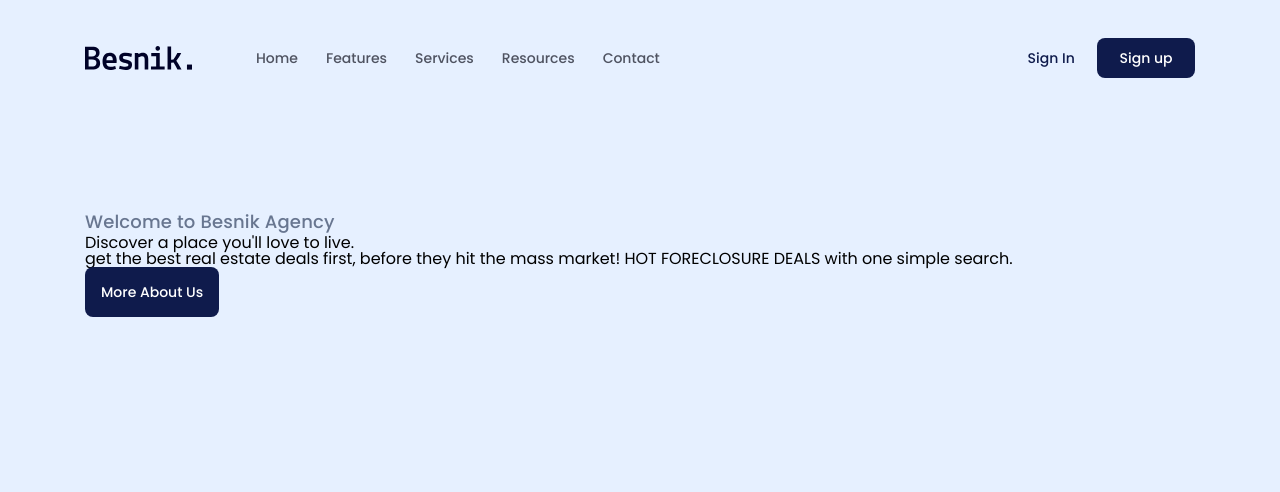
Repository: jessicapaa/F8-Project-01
Page: index.html
These files come from the project's save history. The page is drawn as it stood at one moment and after the next save; the edit follows.
The browser window is 1280 px wide. The pictures show the whole page.

Above is the page before, as saved 2024-03-08 07:22:26.

After the next save:
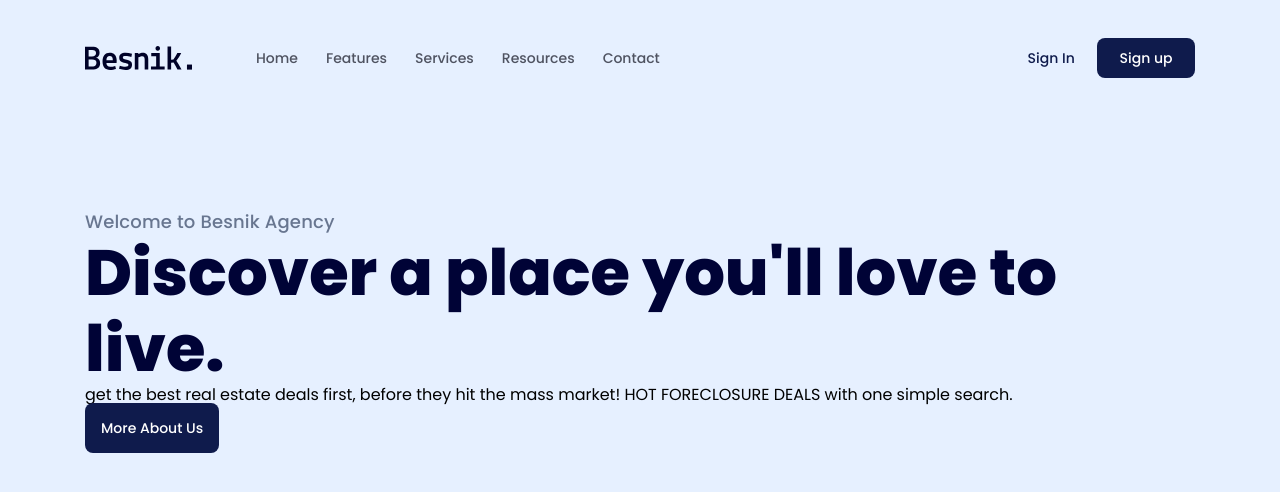
Saved 59 s later.
--- a/assets/css/styles.css
+++ b/assets/css/styles.css
@@ -91,3 +91,13 @@
     line-height: normal;
     letter-spacing: 0.018rem;
 }
+
+.hero .title {
+    color: #000336;
+
+    font-family: Poppins;
+    font-size: 6.4rem;
+    font-style: normal;
+    font-weight: 700;
+    line-height: 7.6rem; /* 118.75% */
+}
